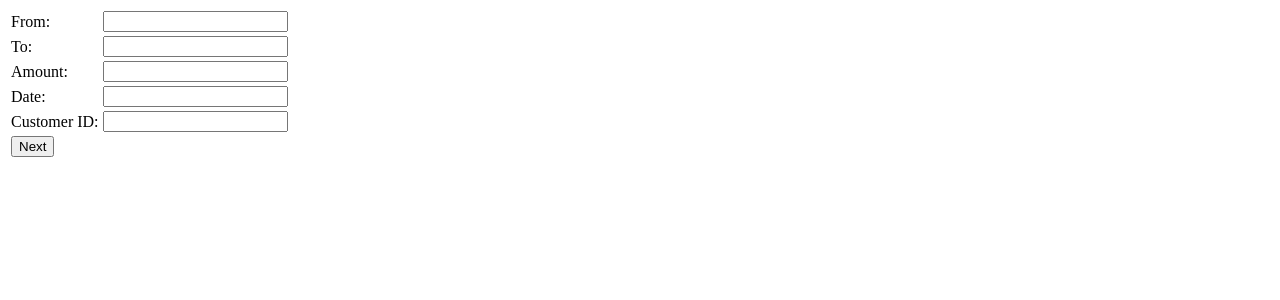
Repository: Yogashree-v-h-27/Ticket_Booking_webApp
Page: Ticket_Booking/WebContent/ticket.html
An editor plug-in stored every save of this project. The page is shown before and after the next save, followed by the edit.
The browser window is 1280 px wide. The pictures show the whole page.

Above is the page before, as saved 2021-06-16 08:52:27.

### Ticket_Booking/WebContent/ticket.html
<!DOCTYPE html>
<html>
<head>
<meta charset="ISO-8859-1">
<title>Ticket Generator</title>
</head>
<body>
<form action="Ticket" method="post">
<table>
<tr><td>From:</td><td><input type="text" name="from_Place"/></td></tr>
<tr><td>To:</td><td><input type="text" name="to_Destination"/></td></tr>
<tr><td>Amount:</td><td><input type="text" name="amount"/></td></tr>
<tr><td>Date:</td><td><input type="text" name="travel_date"/></td></tr>
<tr><td>Customer ID:</td><td><input type="text" name="CustomerID"/></td></tr>
<tr><td><input type="button" value="Next"/></td></tr>
</table>
</form>
</body>
</html>

After the next save:
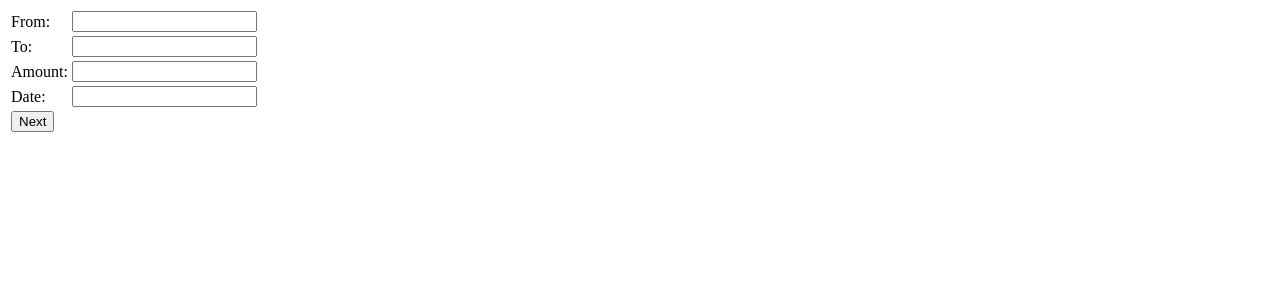
Saved 24 min 50 s later.
--- a/Ticket_Booking/WebContent/ticket.html
+++ b/Ticket_Booking/WebContent/ticket.html
@@ -11,7 +11,7 @@
 <tr><td>To:</td><td><input type="text" name="to_Destination"/></td></tr>
 <tr><td>Amount:</td><td><input type="text" name="amount"/></td></tr>
 <tr><td>Date:</td><td><input type="text" name="travel_date"/></td></tr>
-<tr><td>Customer ID:</td><td><input type="text" name="CustomerID"/></td></tr>
+<!-- <tr><td>Customer ID:</td><td><input type="text" name="CustomerID"/></td></tr> -->
 <tr><td><input type="button" value="Next"/></td></tr>
 </table>
 </form>

After the save that followed:
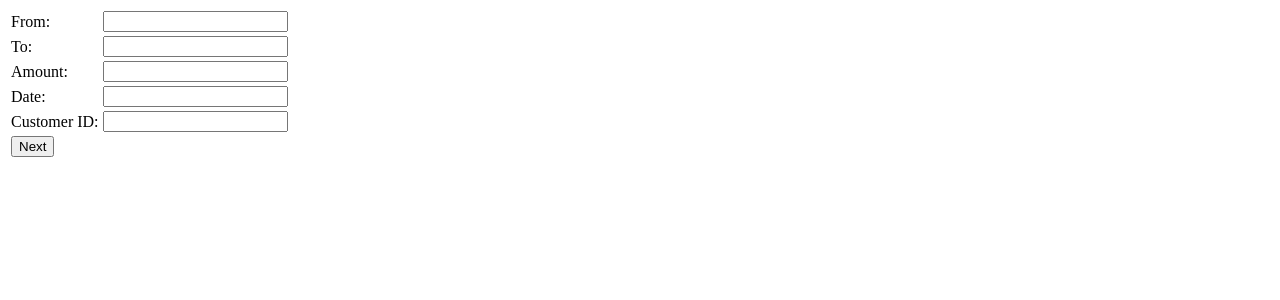
Saved 11 min 7 s later.
--- a/Ticket_Booking/WebContent/ticket.html
+++ b/Ticket_Booking/WebContent/ticket.html
@@ -11,7 +11,7 @@
 <tr><td>To:</td><td><input type="text" name="to_Destination"/></td></tr>
 <tr><td>Amount:</td><td><input type="text" name="amount"/></td></tr>
 <tr><td>Date:</td><td><input type="text" name="travel_date"/></td></tr>
-<!-- <tr><td>Customer ID:</td><td><input type="text" name="CustomerID"/></td></tr> -->
+<tr><td>Customer ID:</td><td><input type="text" name="CustomerID"/></td></tr>
 <tr><td><input type="button" value="Next"/></td></tr>
 </table>
 </form>
